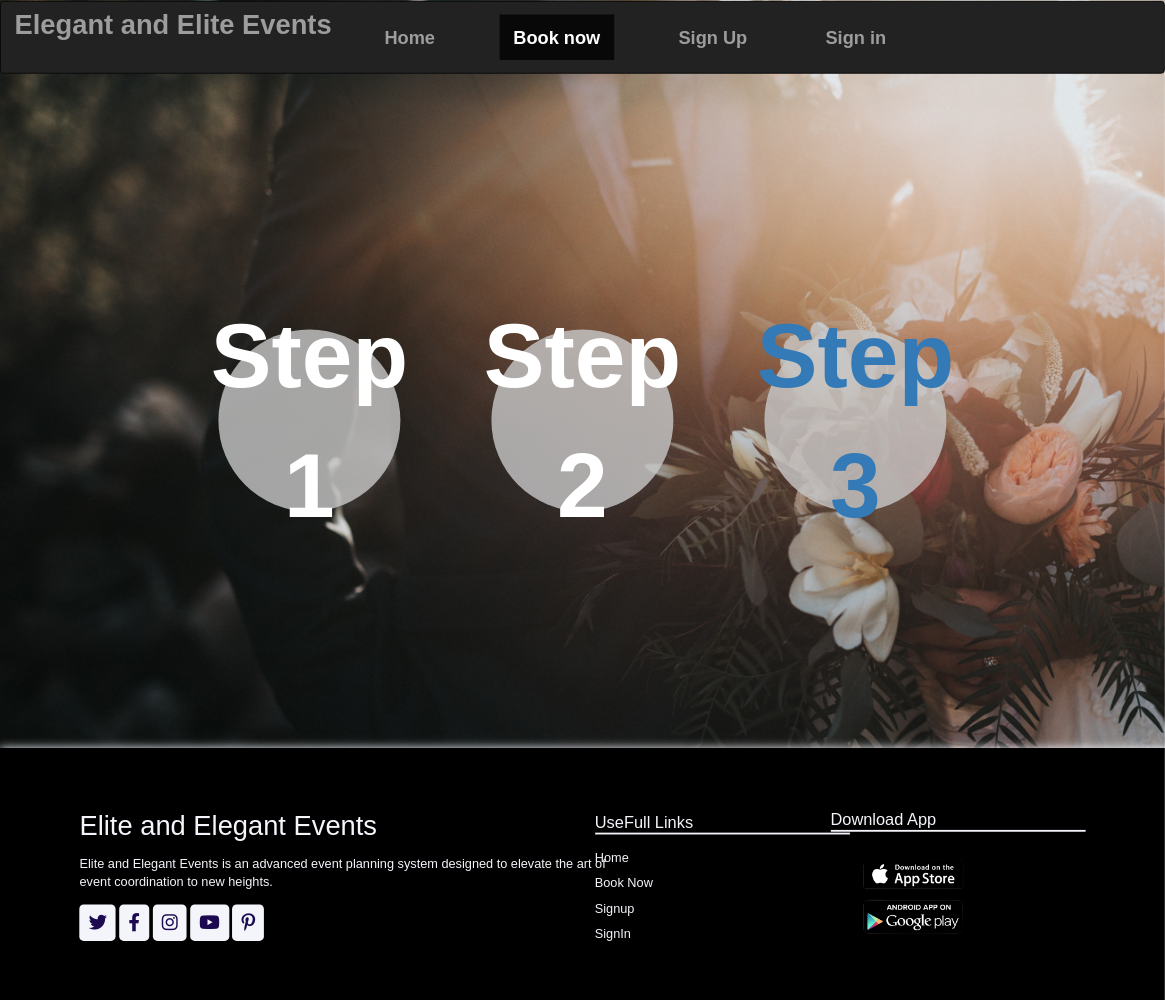
Repository: it22272690/Event-Planning-System
Page: http://localhost/PaymentDemo/Navigate.jsp
An editor plug-in stored every save of this project. The page is shown before and after the next save, followed by the edit.
The browser window is 1280 px wide. The pictures show the whole page, at 91% of full size.
Some web fonts or font styles are not loaded; a fallback is used. The page is served by Tomcat 10.

Above is the page before, as saved 2023-10-24 08:49:07.

After the next save:
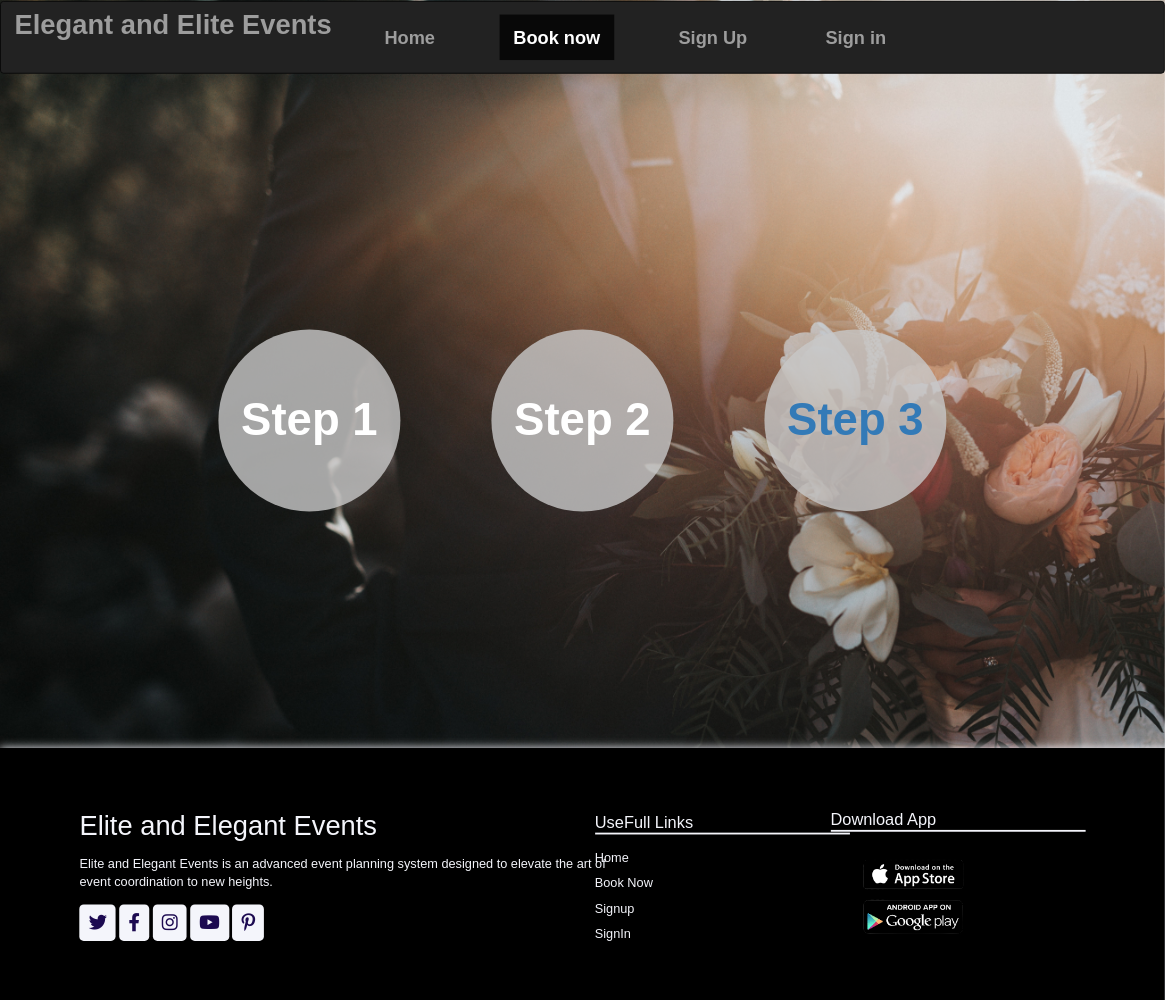
Saved 13 s later.
--- a/PaymentDemo/src/main/webapp/Navigate.jsp
+++ b/PaymentDemo/src/main/webapp/Navigate.jsp
@@ -84,7 +84,7 @@
             font-weight: bold;
             cursor: pointer;
             transition: background-color 0.3s;
-            font-size:100px;
+            font-size:50px;
         }
 
             .step:hover {
